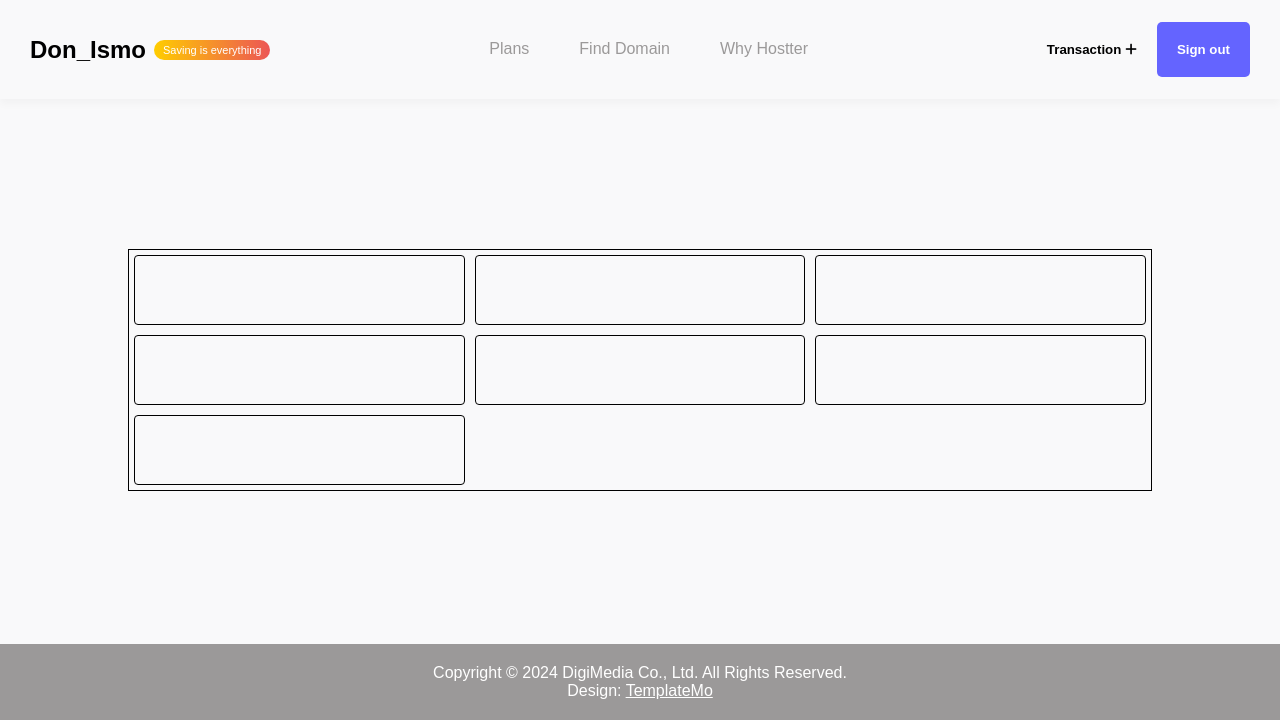
Repository: Ismail-ibr/pfa
Page: Dashboard/index.html
The author's editor kept a copy of each file at every save. The page is drawn from the files as they stood at one save, then again after the next save.
The browser window is 1280 px wide. The pictures show the whole page.

Above is the page before, as saved 2024-05-16 22:55:32.
Console error: ReferenceError: closeButton is not defined

### Dashboard/index.html
<!DOCTYPE html>
<html lang="en">

<head>
    <meta charset="UTF-8">
    <meta name="viewport" content="width=device-width, initial-scale=1.0">
    <link rel="stylesheet" href="./style.css">
    <link rel="stylesheet" href="https://cdnjs.cloudflare.com/ajax/libs/font-awesome/6.5.2/css/all.min.css">
    <title>Document</title>
    <script defer src="./script.js"></script>
</head>

<body>

    <div class="main-div">
        <div class="nav">
            <div class="logo">
                <h2>Don_Ismo</h1>
                    <h4>Saving is everything</h4>
            </div>
            <div class="list">
                <ul>
                    <li><a href="#">Plans</a></li>
                    <li><a href="#">Find Domain</a></li>
                    <li><a href="#">Why Hostter</a></li>
                </ul>
            </div>
            <div class="nav-button">
                <h5 class="btn-1 open-button-2">Transaction<i class="fa-solid fa-plus"></i></h5>
                <h5 class="btn-2 open-button">Sign out</h5>
            </div>
            <div class="main_box2" id="modal2">
                <h2>Adding Transaction</h2>
                <form method="POST">
                    <div class="user_box2">
                        <input type="text" name="" required>
                        <label>Transaction Name</label>
                    </div>
                    <div class="user_box2">
                        <input type="text" name="" required>
                        <label>Transaction Categorie</label>
                    </div>
                    <div class="user_box2">
                        <input type="text" name="" required>
                        <label>Ma3raftch chno akhor</label>
                    </div>
                    <div class="button_form2">
                        <a href="#" id="submit">Ajouter</a>
                    </div>
                </form>
            </div>
            <div id="over"></div>

            <div class="main_box" id="modal">
                <h2>Sign out</h2>
                <div class="user_box">
                    <h3>Are you sure you want to disconnect?</h3>
                </div>
                <div class="buttons_Sign_out">
                    <div class="button_form">
                        <a href="#" id="cancel">Cancel</a>
                    </div>
                    <div class="button_form">
                        <a href="#" id="submit">Disconnect</a>
                    </div>
                </div>
            </div>
            <div id="over"></div>
        </div>
        <div class="main-content">
            <div class="transaction">
                <div class="transac"></div>
                <div class="transac"></div>
                <div class="transac"></div>
                <div class="transac"></div>
                <div class="transac"></div>
                <div class="transac"></div>
                <div class="transac"></div>
            </div>
        </div>
        <footer>
            <div class="container">
                <div class="row">
                    <div class="col-lg-12">
                        <p>Copyright © 2024 DigiMedia Co., Ltd. All Rights Reserved.
                            <br>Design: <a href="https://templatemo.com" target="_parent"
                                title="free css templates">TemplateMo</a>
                        </p>
                    </div>
                </div>
            </div>
        </footer>
    </div>

</body>

</html>

### Dashboard/style.css
* {
  padding: 0;
  color: rgb(0, 0, 0);
  font-family: "Poppins", sans-serif;
  box-sizing: border-box;
}

body {
  background-color: #f9f9fa;
  margin: 0;
  padding: 0;
}

/*--         Design of the form Sign Up         --*/

.main_box {
  display: none;
}

.main_box,
.main_box2 {
  color: f2f4f9;
  position: fixed;
  top: 50%;
  left: 50%;
  transform: translate(-50%, -50%) scale(0);
  display: flex;
  flex-direction: column;
  align-items: center;
  justify-content: center;
  z-index: 10;
  transition: 200ms ease-in-out;
  width: 400px;
  padding: 40px;
  /* transform: translate(-50%, -50%); */
  background-color: whitesmoke;
  box-shadow: 0px 0px 10px white;
  border-radius: 10px;
}
.main_box h2,
.main_box2 h2 {
  font-family: "Poppins", sans-serif;
  font-size: 40px;
  margin: 0 0 30px;
  padding: 0;
  text-align: center;
  cursor: pointer;
}

.main_box2 .user_box2 input {
  position: relative;
  width: 100%;
  padding: 10px;
  font-size: 16px;
  margin-bottom: 30px;
  border: none;
  outline: none;
  border-bottom: black solid 2px;
  background-color: transparent;
}

.main_box2 .user_box2 label {
  position: relative;
  left: 0;
  top: -60px;
  padding: 10px 0;
  pointer-events: none;
  transition: 0.5s;
}

.main_box2 .user_box2 :focus ~ label,
.main_box2 .user_box2 :valid ~ label {
  top: -85px;
  font-size: 13px;
  left: 0;
}
.button_form,
.button_form2 {
  display: flex;
  flex-direction: row;
  justify-content: end;
  align-content: center;
}

.button_form :first-child,
.button_form2 :first-child {
  text-decoration: none;
  color: black;
  padding: 20px 30px;
  border: 2px solid black;
}
.button_form :first-child:hover,
.button_form2 :first-child:hover {
  background-color: black;
  color: white;
  transition: 0.5s;
}

.main_box.active,
.main_box2.active {
  transform: translate(-50%, -50%) scale(1);
}

.main_box h3 {
  text-align: center;
}

#over {
  position: fixed;
  top: 0;
  left: 0;
  bottom: 0;
  right: 0;
  background-color: hsl(0, 0%, 0%, 0.5);
  opacity: 0;
  pointer-events: none;
  transition: 200ms ease-in-out;
}

#over.active {
  pointer-events: all;
  opacity: 1;
}

.nav {
  display: flex;
  padding: 0 30px;
  justify-content: space-between;
  align-items: center;
  box-shadow: 0px 5px 8px rgba(0, 0, 0, 0.03);
}

.logo {
  display: flex;
  justify-content: center;
  align-items: center;
}

.logo h4 {
  color: white;
  background: linear-gradient(
    90deg,
    rgba(255, 205, 0, 1) 0%,
    rgba(236, 84, 84, 0.9921218487394958) 100%
  );
  font-size: 11px;
  padding: 4px 9px;
  margin-left: 8px;
  border-radius: 50px;
  cursor: pointer;
  font-weight: 100;
}

.list ul {
  display: flex;
  list-style: none;
  align-items: center;
  justify-content: center;
}

.list li {
  margin: 0px 25px;
}

.list a {
  text-decoration: none;
  color: rgb(155, 153, 153);
}

.list a::after {
  content: "";
  display: block;
  width: 0%;
  height: 2px;
  background-color: rgb(155, 153, 153);
  transition: 0.4s;
}

.list a:hover::after {
  content: "";
  width: 100%;
  display: block;
  height: 2px;
  background: rgb(155, 153, 153);
  transition: 0.4s;
}

.nav-button {
  display: flex;
  align-items: center;
  justify-content: center;
}

.nav-button h5 {
  cursor: pointer;
}

.btn-1 {
  margin: 0px 20px;
  color: black;
}

.btn-1 i {
  margin-left: 4px;
}

.btn-2 {
  color: white;
  padding: 20px;
  background: rgb(100, 100, 255);
  border-radius: 5px;
}

.main-content {
  display: flex;
  justify-content: center;
  align-items: center;
  padding: 150px 0 80px;
  text-align: center;
}

.main-div {
  height: 100vh;
  margin: 0px;
  position: relative;
}

.buttons_Sign_out {
  display: flex;
  flex-direction: row;
  align-items: center;
  justify-content: space-between;
}

.transaction {
  width: 80vw;
  height: auto;
  border: 1px solid black;
  display: flex;
  flex-wrap: wrap;
  align-items: center;
}

.transaction .transac {
  flex: 0 1 calc(33.33% - 10px);
  border: 1px solid black;
  border-radius: 4px;
  height: 70px;
  margin: 5px;
}

/*---------------footer-----------------*/
footer {
  background: rgb(155, 153, 153);
  margin-top: 100px;
  padding: 5px 0px;
  position: absolute;
  bottom: 0;
  width: 100vw;
}

footer p {
  text-align: center;
  margin: 15px 0px;
  color: #fff;
}

footer p a {
  color: #fff;
  transition: all 0.5s;
}
/*---------------footer-----------------*/

### Dashboard/script.js
const openButton = document.querySelector(" .open-button");
const openButton2 = document.querySelector(" .open-button-2");

const over = document.getElementById("over");
const modal = document.querySelector(" .main_box");
const modal2 = document.querySelector(" .main_box2");

const button_close = document.getElementById("cancel");

openButton.addEventListener("click", () => {
  openModal(modal);
});

openButton2.addEventListener("click", () => {
  openModal(modal2);
});

function openModal(modalElement) {
  if (modalElement == null) return;
  modalElement.classList.add("active");
  over.classList.add("active");
}

over.addEventListener("click", () => {
  closeModal();
});

button_close.addEventListener("click", () => {
  closeModal();
});

closeButton.addEventListener("click", () => {
  closeModal();
});

function closeModal() {
  if (modal == null) return;
  modal.classList.remove("active");
  modal2.classList.remove("active");
  over.classList.remove("active");
}

After the next save:
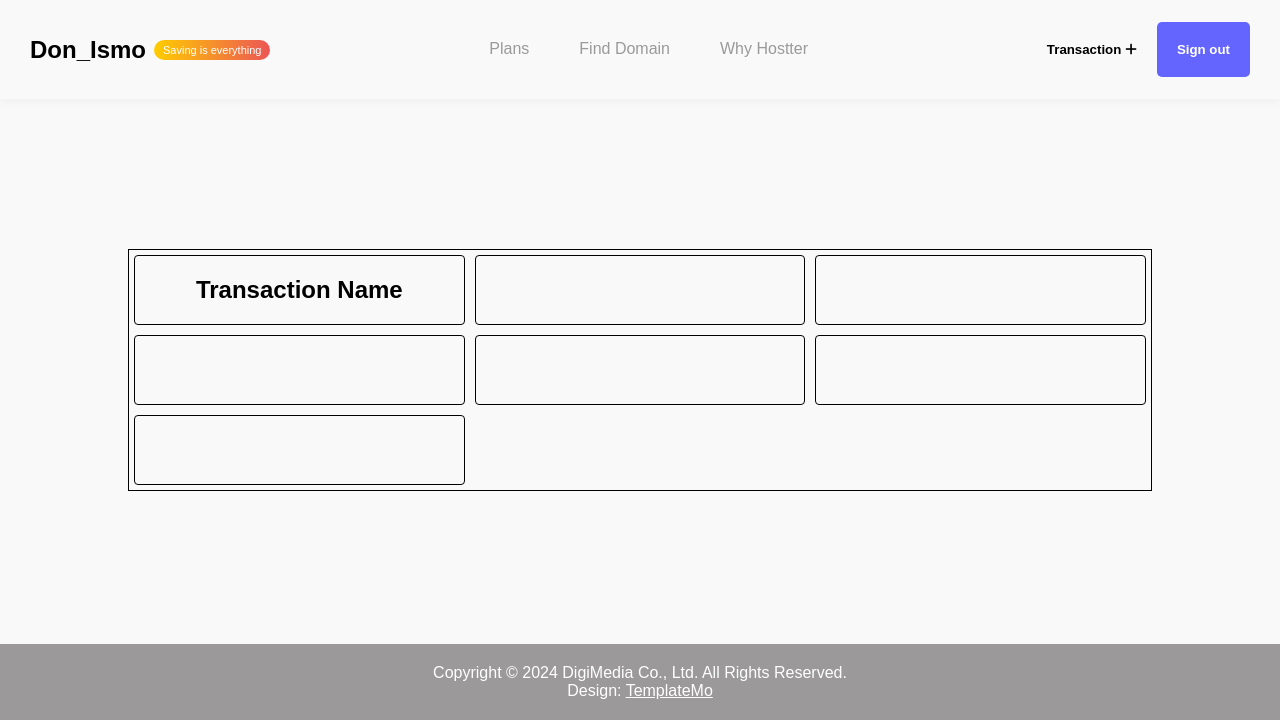
Saved 55 s later.
--- a/Dashboard/index.html
+++ b/Dashboard/index.html
@@ -69,7 +69,9 @@
         </div>
         <div class="main-content">
             <div class="transaction">
-                <div class="transac"></div>
+                <div class="transac">
+                    <h2>Transaction Name</h2>
+                </div>
                 <div class="transac"></div>
                 <div class="transac"></div>
                 <div class="transac"></div>
